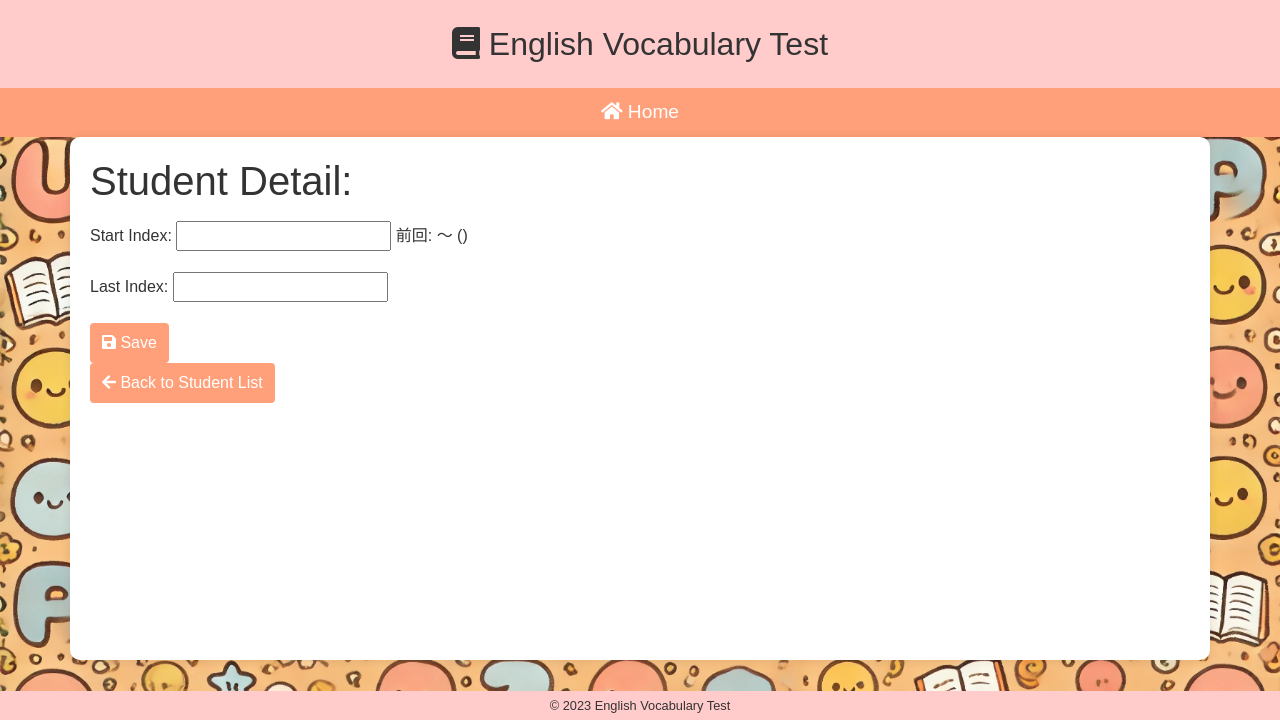
Repository: YamatoGH/testapp
Page: testapp/templates/testapp/student_detail.html
An editor plug-in stored every save of this project. The page is shown before and after the next save, followed by the edit.
The browser window is 1280 px wide. The pictures show the whole page.
The page is served by the project's application, run on Django 5.2 (manage.py). The template is opened directly, without the code that normally fills it, so the values that code supplies are empty.

Above is the page before, as saved 2024-07-29 23:31:58.

After the next save:
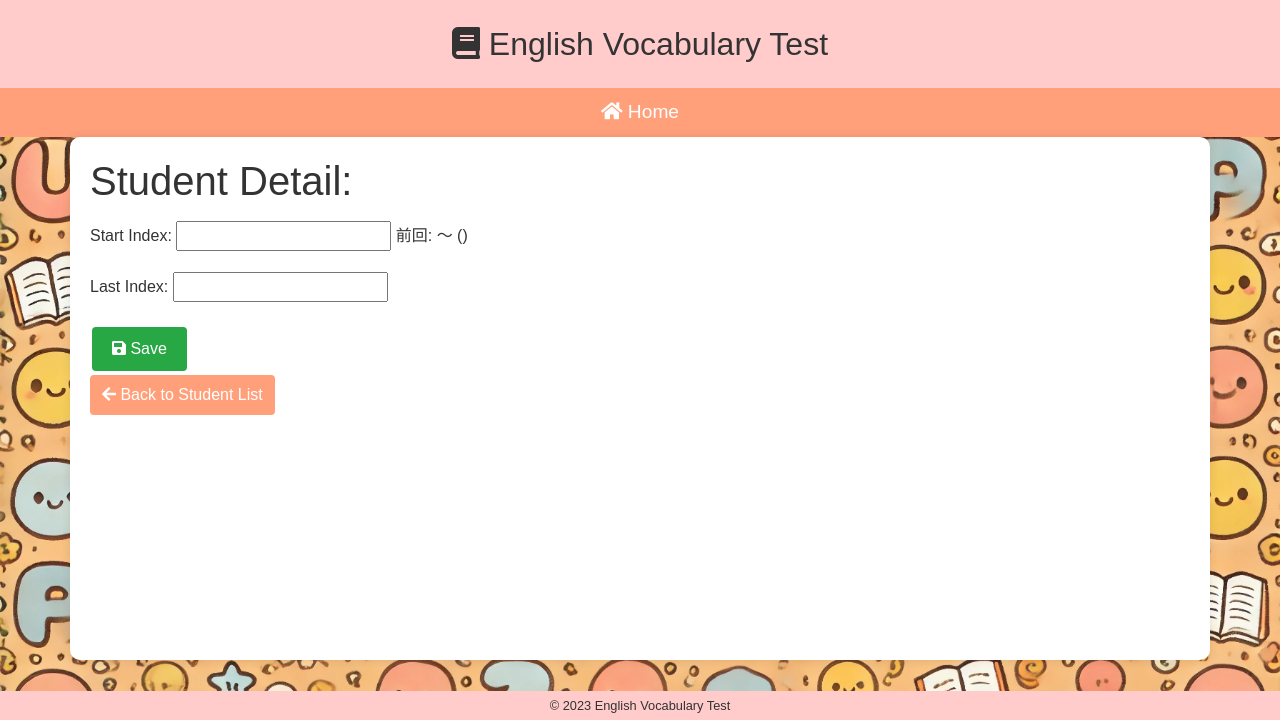
Saved 19 s later.
--- a/testapp/templates/testapp/student_detail.html
+++ b/testapp/templates/testapp/student_detail.html
@@ -27,17 +27,15 @@
     <div class="form-group">
         {{ form.note.label_tag }}{{ form.note }}
     </div>
-    <button type="submit" class="btn btn-custom"><i class="fas fa-save"></i> Save</button>
+    <button type="submit" class="btn btn-save"><i class="fas fa-save"></i> Save</button>
 </form>
 
 <!-- Print Test Button -->
 {% if student.current_test %}
 <form action="{% url 'print_test' student.current_test.id student.start_index student.last_index 'no' %}" method="get" style="margin-top: 20px;">
-    <button type="submit" class="btn btn-custom"><i class="fas fa-print"></i> Print Current Test</button>
+    <button type="submit" class="btn btn-custom" name="print"><i class="fas fa-print"></i> Print Current Test</button>
 </form>
 {% endif %}
 <a href="{% url 'student_list' %}" class="btn btn-custom"><i class="fas fa-arrow-left"></i> Back to Student List</a>
 
-
-
 {% endblock %}
